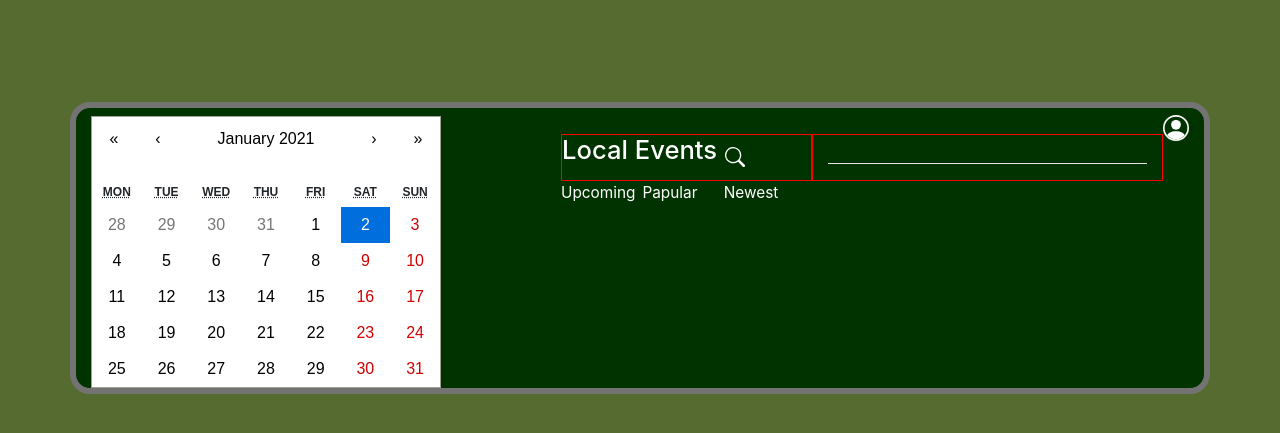
Repository: lalji-yadav/Calendar-code
Page: /
These files come from the project's save history. The page is drawn as it stood at one moment and after the next save; the edit follows.
The browser window is 1280 px wide. The pictures show the whole page.
The project was rebuilt for these pictures with package versions that can differ from the ones it lists, and the page was loaded fresh each time. Also part of the build but not shown: src/App.css.

Above is the page before, as saved 2021-01-03 14:59:33.

After the next save:
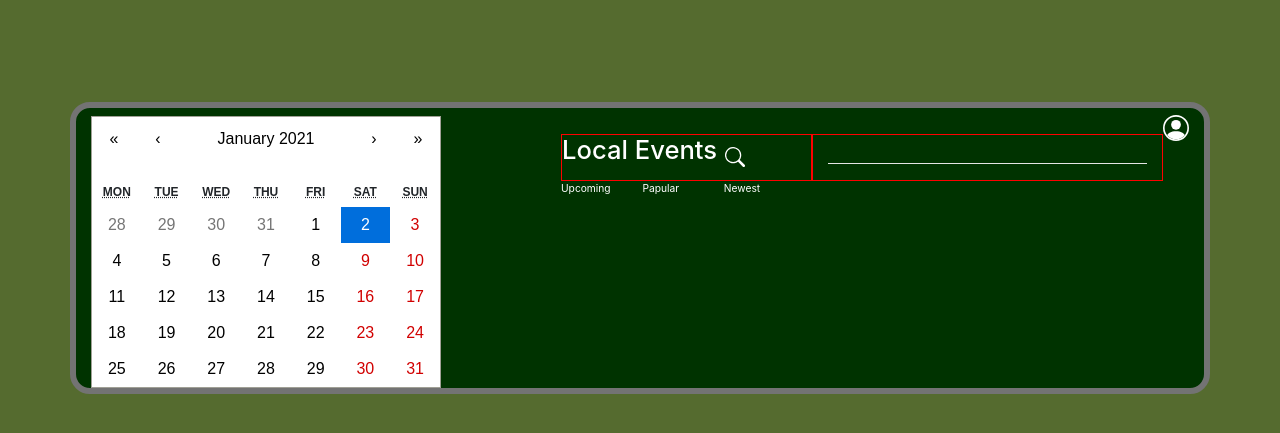
Saved 12 s later.
--- a/src/calendar/Home.js
+++ b/src/calendar/Home.js
@@ -38,7 +38,7 @@
             </div>
 
             <div className="row">
-          <div className="col-sm-5 row" style={{color:"white", fontSize:"1.2vw"}}>
+          <div className="col-sm-5 row" style={{color:"white", fontSize:"0.8vw"}}>
             <div className="col-sm-4">
              <p>Upcoming</p>
             </div>
